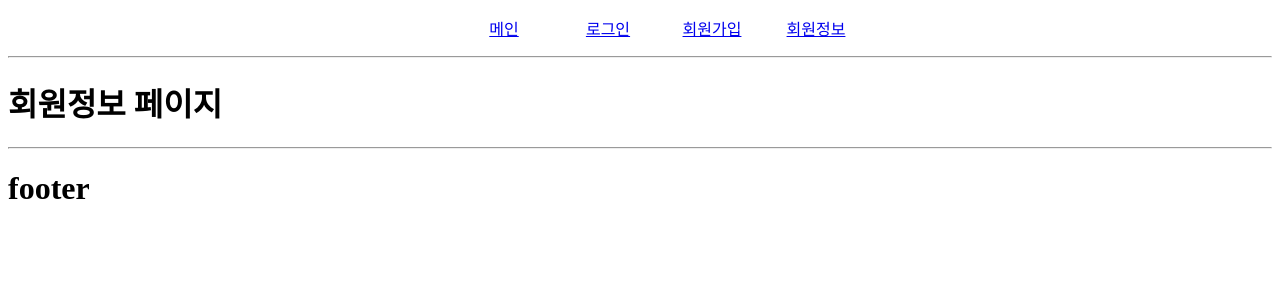
Repository: leesangbok/jsp-work
Page: http://localhost/cos/info.jsp
These files come from the project's save history. The page is drawn as it stood at one moment and after the next save; the edit follows.
The browser window is 1280 px wide. The pictures show the whole page.
The page is served by Tomcat 9. The session is filled in as if someone had signed in: {"auth": true}.

Above is the page before, as saved 2020-08-22 06:51:58.

### cos/WebContent/info.jsp
<%@ page language="java" contentType="text/html; charset=UTF-8"
    pageEncoding="UTF-8"%>
<%@ include file="layout/header.jsp" %>

<%
	if(session.getAttribute("auth") == null){
%>
<script>
	alert("인증되지 않았습니다");
</script>
<%
		response.sendRedirect("main.jsp");
		return;
	}

boolean islogin = (boolean)session.getAttribute("auth");
%>

<h1>회원정보 페이지</h1>

<%@ include file="layout/footer.jsp" %>

### cos/WebContent/layout/header.jsp
<%@ page language="java" contentType="text/html; charset=UTF-8"
    pageEncoding="UTF-8"%>
<%
if(session.getAttribute("auth")!= null){
	if((boolean)session.getAttribute("auth")== true){
		System.out.println("인증된  사용자 입니다");
	}
}

%>
<!DOCTYPE html>
<html>
<head>
<meta charset="UTF-8">
<title>메인페이지</title>

 <style>
 	ul{text-align: center;}
 	li{display: inline-block; width: 100px;}
 </style>
</head>
<body>
	<ul>
		<li><a href="main.jsp" title="">메인</a></li>
		<li><a href="login.jsp" title="">로그인</a></li>
		<li><a href="join.jsp" title="">회원가입</a></li>
		<li><a href="info.jsp" title="">회원정보</a></li>
	</ul>
	<hr/>
</body>
</html>

### cos/WebContent/layout/footer.jsp
<%@ page language="java" contentType="text/html; charset=UTF-8"
    pageEncoding="UTF-8"%>
<hr/>
<h1>footer</h1>

After the next save:
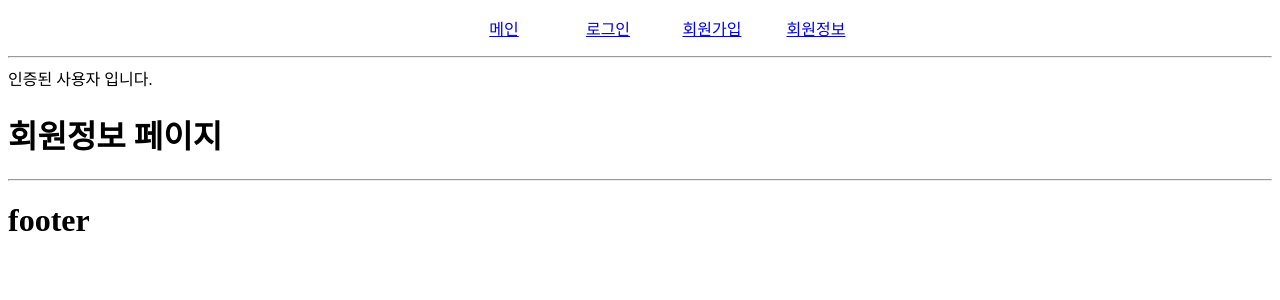
Saved 5 min 17 s later.
--- a/cos/WebContent/info.jsp
+++ b/cos/WebContent/info.jsp
@@ -14,7 +14,16 @@
 	}
 
 boolean islogin = (boolean)session.getAttribute("auth");
+
+if(islogin){
+
 %>
+	인증된 사용자 입니다.
+<%
+}
+
+%>
+
 
 <h1>회원정보 페이지</h1>
 
